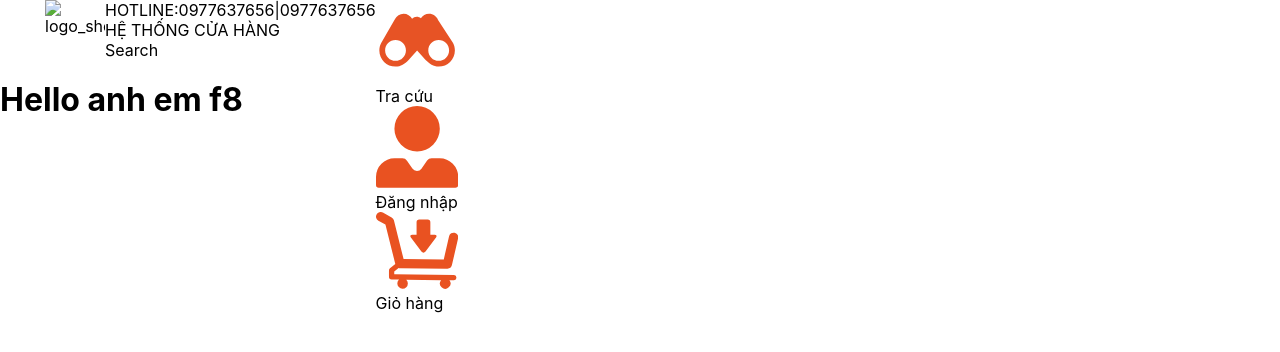
Repository: manhhieu120499/BadmintonShop
Page: /
These files come from the project's save history. The page is drawn as it stood at one moment and after the next save; the edit follows.
The browser window is 1280 px wide. The pictures show the whole page.
The project was rebuilt for these pictures with package versions that can differ from the ones it lists, and the page was loaded fresh each time. Also part of the build but not shown: src/components/Button/Button.module.scss.

Above is the page before, as saved 2024-08-19 09:42:55.

### src/App.js
import './App.css';
import { DefaultLayout } from './layouts/DefaultLayout';

function App() {
	return (
		<DefaultLayout>
			<div className="App">
				<h1>Hello anh em f8</h1>
			</div>
		</DefaultLayout>
	);
}

export default App;

### src/App.css
/*reset css*/
* {
	margin: 0;
	padding: 0;
	box-sizing: border-box;
}

### src/layouts/DefaultLayout/DefaultLayout.js
import classNames from 'classnames/bind';
import styles from './DefaultLayout.module.scss';
import { Header } from '../components/';

const cx = classNames.bind(styles);

function DefaultLayout({ children }) {
	return (
		<div className={cx('container')}>
			<Header />
			{children}
		</div>
	);
}

export default DefaultLayout;

### src/layouts/DefaultLayout/DefaultLayout.module.scss
.container {
	width: 100vw;
	min-height: 100vh;
	background-color: white;
}

### src/layouts/components/Header/Header.js
import classNames from 'classnames/bind';
import styles from './Header.module.scss';
import images from '../../../assets/images';
import Search from '../Search';
import { LookupIcon, ShoppingCart, UserIcon } from '../../../components/Icons';
import Button from '../../../components/Button';
const cx = classNames.bind(styles);
function Header() {
	return (
		<div className={cx('wrapper')}>
			<img
				className={cx('logo-brand')}
				src={images.logo}
				alt="logo_shop"
			/>
			<div className={cx('header-content')}>
				<div className={cx('info-contact')}>
					{/** icon */}
					<p>
						HOTLINE:
						<span>0977637656</span>
						<span>|</span>
						<span>0977637656</span>
					</p>
				</div>
				<div className={cx('other-company')}>
					{/** icon */}
					<p>HỆ THỐNG CỬA HÀNG</p>
				</div>
				<Search />
			</div>
			<div className={cx('other')}>
				<Button title={'Tra cứu'} Icon={LookupIcon} />
				<Button title={'Đăng nhập'} Icon={UserIcon} />
				<Button title={'Giỏ hàng'} Icon={ShoppingCart} />
			</div>
		</div>
	);
}

export default Header;

### src/layouts/components/Header/Header.module.scss
.wrapper {
	height: 80px;
	width: 100%;
	padding: 0 45px;
	display: flex;
}

.logo-brand {
	width: 60px;
	height: 60px;
	display: inline-block;
}

### src/assets/images/index.js
const images = {
	logo: require('../images/logo.svg').default,
};

export default images;

### src/layouts/components/Search/Search.js
function Search() {
	return <div>Search</div>;
}

export default Search;

### src/components/Icons/Icon.js
export const LookupIcon = ({ width = '2rem', height = '2rem' }) => {
	return (
		<svg
			version="1.1"
			id="Layer_1"
			xmlns="http://www.w3.org/2000/svg"
			x="0px"
			y="0px"
			viewBox="0 0 850.39 850.39"
		>
			<path
				fill="#E75325"
				d="M797.17,444.28L641.85,206.29c-14.4-37.32-50.59-63.8-92.99-63.8c-35.78,0-67.14,18.86-84.72,47.18
								   c-11.68-9.55-26.59-15.28-42.85-15.28c-18.79,0-35.78,7.65-48.06,20c-16.92-30.92-49.75-51.89-87.48-51.89
								   c-38.92,0-72.61,22.33-89.02,54.86L53.74,443.61c-12.2,23.22-19.14,49.61-19.14,77.61c0,92.32,75.11,167.44,167.44,167.44
								   c55.47,0,95.68-27.91,135.19-68.81l88.06-98.63l88.06,98.63c39.51,36.92,79.72,68.81,135.19,68.81
								   c92.33,0,167.44-75.11,167.44-167.44C815.97,493.49,809.15,467.34,797.17,444.28z M202.03,628.85
								   c-59.45,0-107.64-48.19-107.64-107.64s48.19-107.64,107.64-107.64s107.64,48.19,107.64,107.64S261.48,628.85,202.03,628.85z
									M648.53,628.85c-59.45,0-107.64-48.19-107.64-107.64s48.19-107.64,107.64-107.64s107.64,48.19,107.64,107.64
								   S707.98,628.85,648.53,628.85z"
			></path>
		</svg>
	);
};

export const UserIcon = () => {
	return (
		<svg
			xmlns="http://www.w3.org/2000/svg"
			viewBox="0 0 245.86 244.44"
			fill="#E95221"
		>
			<path
				d="M249.31,163.93H225.14a16.46,16.46,0,0,0-13.49,7l-16.9,24.18a16.46,16.46,0,0,1-27.12-.18l-16.17-23.82a16.48,16.48,0,0,0-13.62-7.22H114.11a55.34,55.34,0,0,0-55.33,55.34v24.55A8.23,8.23,0,0,0,67,252.06h229.4a8.24,8.24,0,0,0,8.23-8.24V219.27A55.34,55.34,0,0,0,249.31,163.93Zm-67.57-20.58a67.87,67.87,0,1,0-67.86-67.87A67.86,67.86,0,0,0,181.74,143.35Z"
				transform="translate(-58.78 -7.61)"
			></path>
		</svg>
	);
};

export const ShoppingCart = () => {
	return (
		<svg
			xmlns="http://www.w3.org/2000/svg"
			viewBox="0 0 265.71 247.92"
			fill="#E95221"
		>
			<path
				d="M298.21,71.39a14.93,14.93,0,0,0-17.88,11.2l-17.21,75-129.91-1.2L101.9,31.17a15,15,0,0,0-7.28-9.46L66.2,6.08A14.92,14.92,0,0,0,51.82,32.23L74.53,44.72l31.89,127.52L89.25,185.79A8.52,8.52,0,0,0,86,192.48v21.31a8.52,8.52,0,0,0,8.4,8.53l24.06.34A17,17,0,1,0,142,223l112.53,1.58a17,17,0,1,0,26.94.38l14.67.2h.13a8.53,8.53,0,0,0,.11-17l-193.35-2.72v-8.77l14.18-11.2a14.36,14.36,0,0,0,4.15.67l153.44,1.43H275a14.93,14.93,0,0,0,14.54-11.59l19.91-86.66A14.93,14.93,0,0,0,298.21,71.39Z"
				transform="translate(-44.09 -4.24)"
				strokeMiterlimit="10"
				strokeLinecap="round"
				strokeLinejoin="round"
			></path>
			<path
				d="M233.64,77.44H219.77V37.3a8.91,8.91,0,0,0-8.91-8.91H184.14a8.91,8.91,0,0,0-8.9,8.91V77.44H161.37c-6.14,0-8.16,4-4.5,9l10.32,13.84,13.33,17.9L190.84,132c3.67,4.92,9.67,4.92,13.33,0l10.32-13.85,13.33-17.9,10.32-13.84C241.8,81.46,239.78,77.44,233.64,77.44Z"
				transform="translate(-44.09 -4.24)"
				strokeMiterlimit="10"
				strokeLinecap="round"
				strokeLinejoin="round"
			></path>
		</svg>
	);
};

### src/components/Button/Button.js
import classNames from 'classnames/bind';
import styles from './Button.module.scss';

const cx = classNames.bind(styles);

function Button({ title, Icon, onClick }) {
	return (
		<div className={cx('wrapper')} onClick={onClick}>
			<Icon />
			<p>{title}</p>
		</div>
	);
}

export default Button;

Loaded but not shown: public/index.html (common file); src/index.js (common file); src/index.css (common file); src/reportWebVitals.js (common file); src/layouts/DefaultLayout/index.js (common file); src/layouts/components/index.js (common file); src/layouts/components/Header/index.js (common file); src/layouts/components/Search/index.js (common file); src/components/Icons/index.js (common file); src/components/Button/index.js (common file)

After the next save:
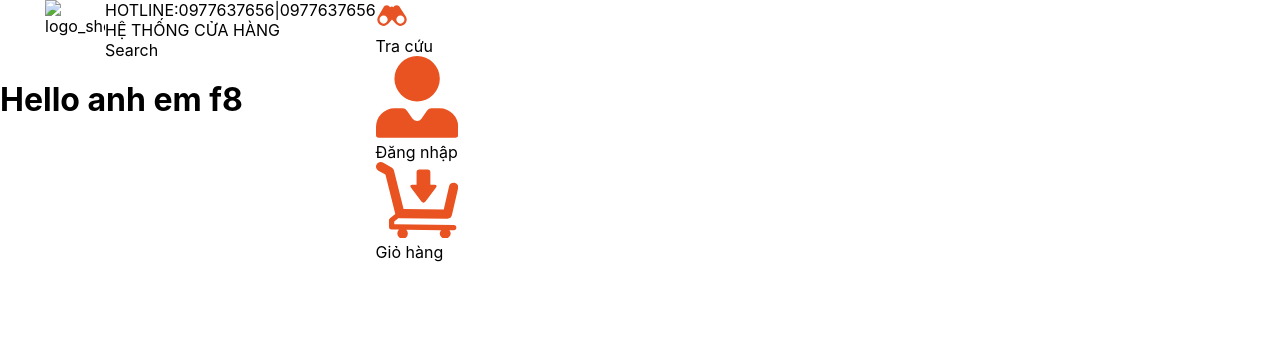
Saved 11 s later.
--- a/src/components/Icons/Icon.js
+++ b/src/components/Icons/Icon.js
@@ -7,6 +7,8 @@ export const LookupIcon = ({ width = '2rem', height = '2rem' }) => {
 			x="0px"
 			y="0px"
 			viewBox="0 0 850.39 850.39"
+			width={width}
+			height={height}
 		>
 			<path
 				fill="#E75325"
